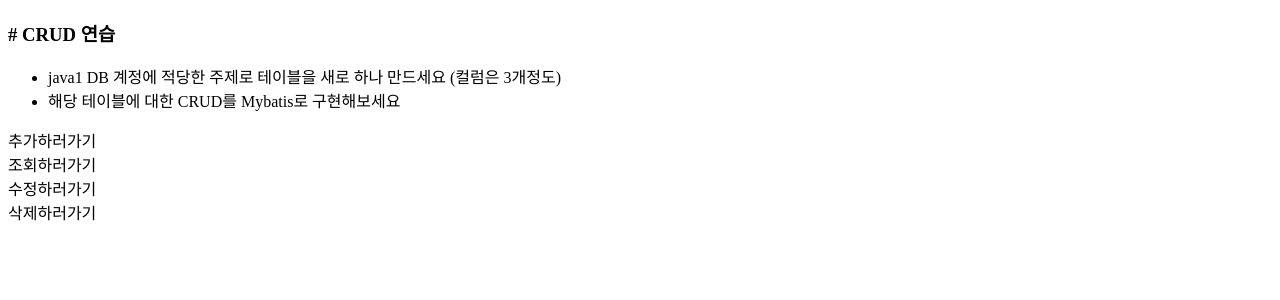
Repository: sirius455/spring-workspace
Page: http://localhost/Spring_DBConnection/WEB-INF/views/food/CRUD.jsp
These files come from the project's save history. The page is drawn as it stood at one moment and after the next save; the edit follows.
The browser window is 1280 px wide. The pictures show the whole page.
The page is served by Tomcat 9. Nobody is signed in. Other server files are loaded and not shown. The template is opened directly, without the code that normally fills it, so the values that code supplies are empty.

Above is the page before, as saved 2021-08-02 04:34:05.

### Spring_DBConnection/src/main/webapp/WEB-INF/views/food/CRUD.jsp
<%@ page language="java" contentType="text/html; charset=EUC-KR"
    pageEncoding="EUC-KR"%>
<!DOCTYPE html>
<html>
<head>
<meta charset="EUC-KR">
<title>Insert title here</title>
</head>
<body>

	<h3># CRUD 연습</h3>
	<ul>
		<li>java1 DB 계정에 적당한 주제로 테이블을 새로 하나 만드세요 (컬럼은 3개정도)</li>
		<li>해당 테이블에 대한 CRUD를 Mybatis로 구현해보세요 </li>
	</ul>

추가하러가기 <br>
조회하러가기 <br>
수정하러가기 <br>
삭제하러가기 <br>

</body>
</html>

After the next save:
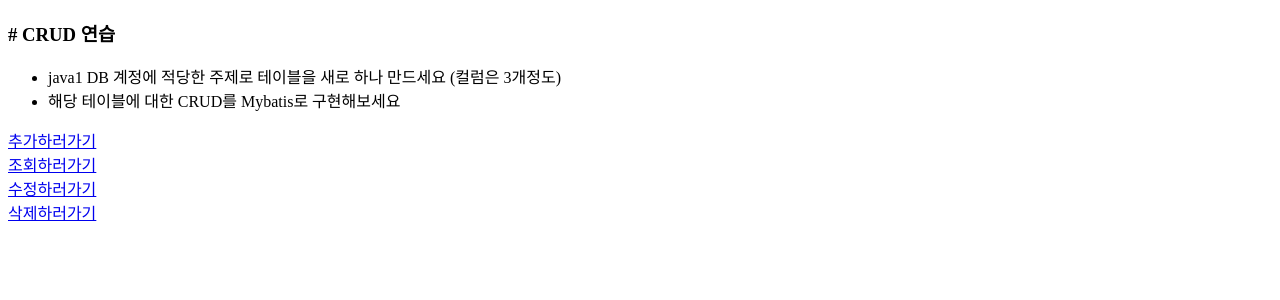
Saved 4 min 17 s later.
--- a/Spring_DBConnection/src/main/webapp/WEB-INF/views/food/CRUD.jsp
+++ b/Spring_DBConnection/src/main/webapp/WEB-INF/views/food/CRUD.jsp
@@ -14,7 +14,7 @@
 		<li>해당 테이블에 대한 CRUD를 Mybatis로 구현해보세요 </li>
 	</ul>
 
-추가하러가기 <br>
+<a href="./plus">추가하러가기 <br>
 조회하러가기 <br>
 수정하러가기 <br>
 삭제하러가기 <br>
